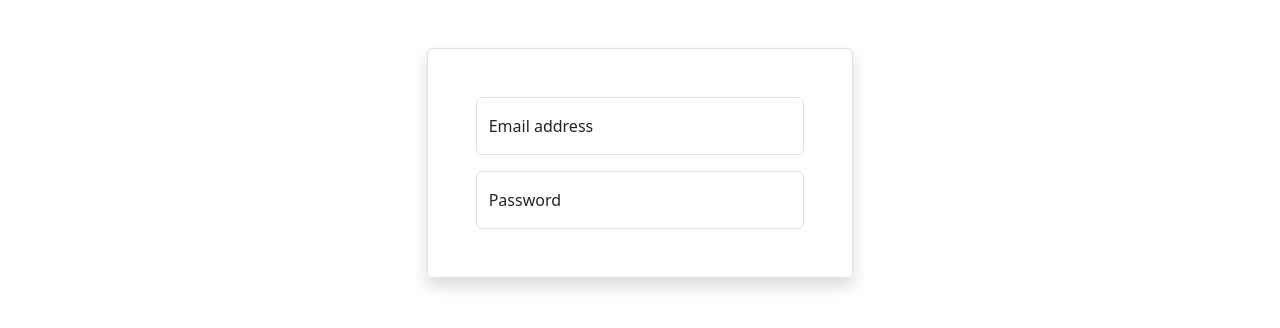
Repository: jaevoy2/lara_demo
Page: http://localhost/
An editor plug-in stored every save of this project. The page is shown before and after the next save, followed by the edit.
The browser window is 1280 px wide. The pictures show the whole page.
The page is served by the project's Laravel application, run on PHP 8.4 with Laravel 12.

Above is the page before, as saved 2026-07-06 22:50:41.

After the next save:
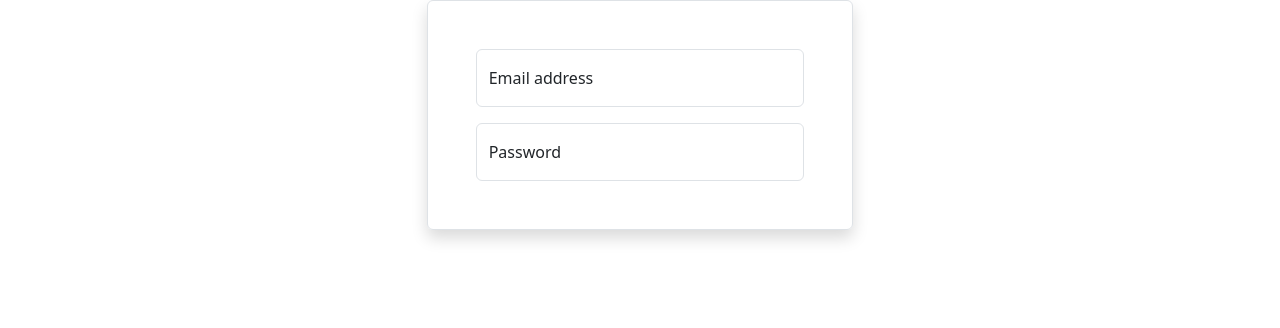
Saved 6 s later.
--- a/resources/views/login.blade.php
+++ b/resources/views/login.blade.php
@@ -2,7 +2,7 @@
 
 @section('content')
 
-    <div class="container d-flex flex-column justify-content-center col-4 p-5 border rounded shadow mt-5">
+    <div class="container d-flex flex-column justify-content-center col-4 p-5 border rounded shadow mt-10">
         <div class="form-floating mb-3">
             <input type="email" class="form-control" id="floatingInput" placeholder="name@example.com">
                 <label for="floatingInput">Email address</label>
